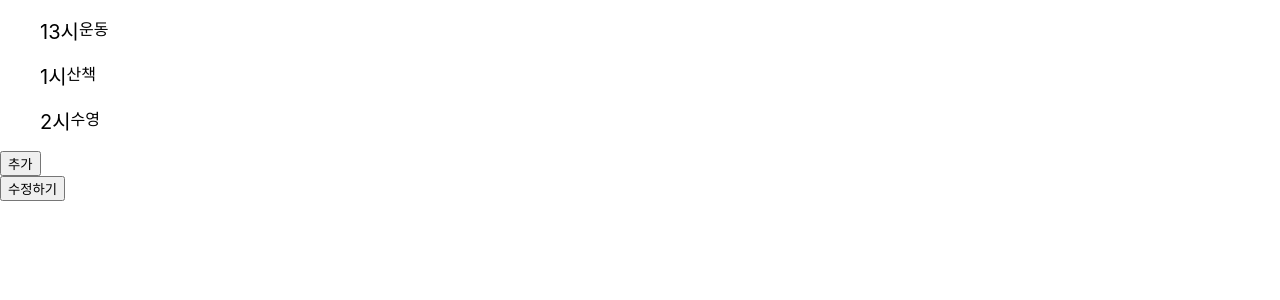
Repository: 0gunkim/REACT-TODO-PRAC
Page: / (app in todo/)
These files come from the project's save history. The page is drawn as it stood at one moment and after the next save; the edit follows.
The browser window is 1280 px wide. The pictures show the whole page.
The project was rebuilt for these pictures with package versions that can differ from the ones it lists, and the page was loaded fresh each time.

Above is the page before, as saved 2023-01-04 15:08:14.

After the next save:
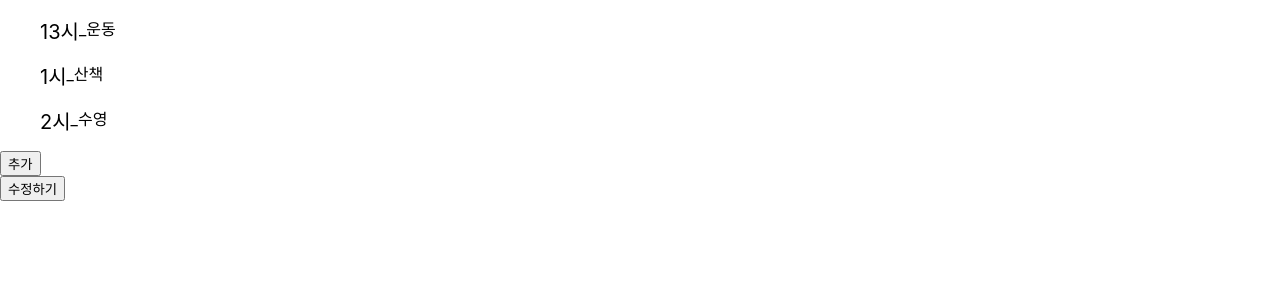
Saved 6 s later.
--- a/todo/src/pages/TodoList.jsx
+++ b/todo/src/pages/TodoList.jsx
@@ -14,7 +14,7 @@ export default function TodoList() {
                 <div key={list.id}>
                     <ul>
                         <STList>
-                            <STTime>{list.time}시 </STTime><div>{list.title}</div>
+                            <STTime>{list.time}시 </STTime><div>_{list.title}</div>
                         </STList>
                     </ul>
                 </div>
